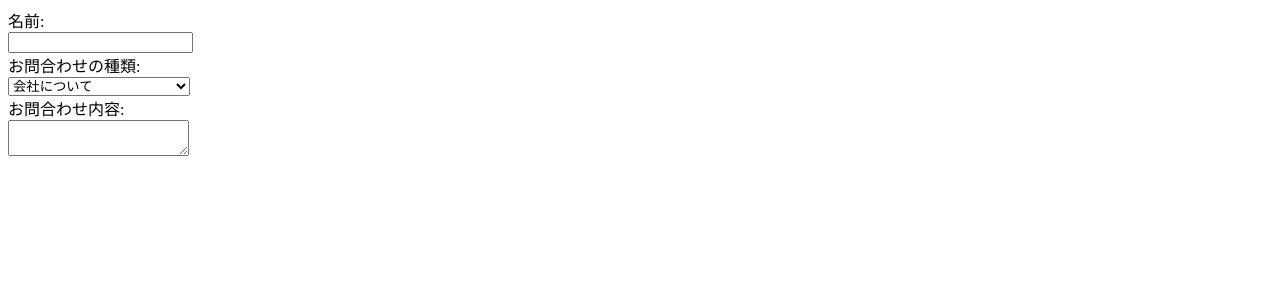
Repository: yukisu18/test
Page: http://localhost/Hello_Servlet/inquiry.jsp
An editor plug-in stored every save of this project. The page is shown before and after the next save, followed by the edit.
The browser window is 1280 px wide. The pictures show the whole page.
The page is served by Tomcat 9.

Above is the page before, as saved 2018-12-14 10:20:42.

### HelloServlet/Hello Servlet/WebContent/inquiry.jsp
<%@ page language="java" contentType="text/html; charset=UTF-8"
    pageEncoding="UTF-8"%>
<!DOCTYPE html>
<html>
<head>
<meta  charset="UTF-8">
<title>お問合わせフォーム</title>
</head>
<body>
<form method="post"action="InquiryServlet">
名前:<br> <input type="text" name="name"><br>
お問合わせの種類:<br> <select name="qtype">
<option value="company">会社について</option>
<option value="product">製品について</option>
<option value="support">アフターサポートについて</option>
</select> <br>お問合わせ内容:<br>
<textarea name="body">
</textarea>
</form>
</body>
</html>

After the next save:
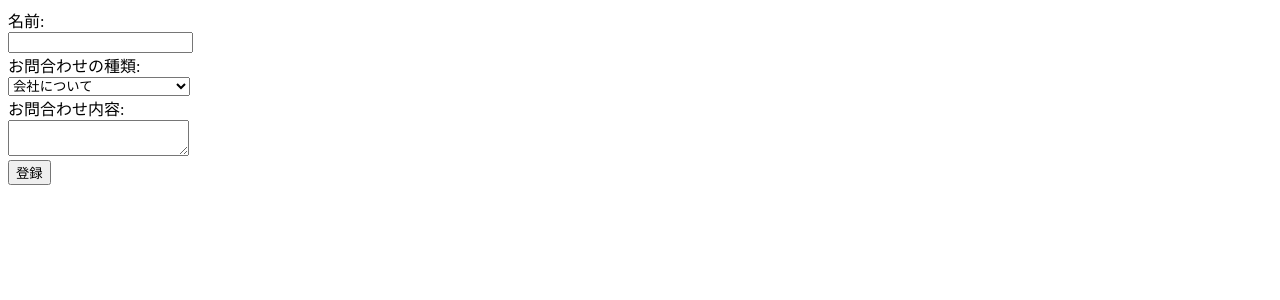
Saved 43 s later.
--- a/HelloServlet/Hello Servlet/WebContent/inquiry.jsp
+++ b/HelloServlet/Hello Servlet/WebContent/inquiry.jsp
@@ -16,6 +16,7 @@
 </select> <br>お問合わせ内容:<br>
 <textarea name="body">
 </textarea>
+<br> <input type="submit" value="登録">
 </form>
 </body>
 </html>
